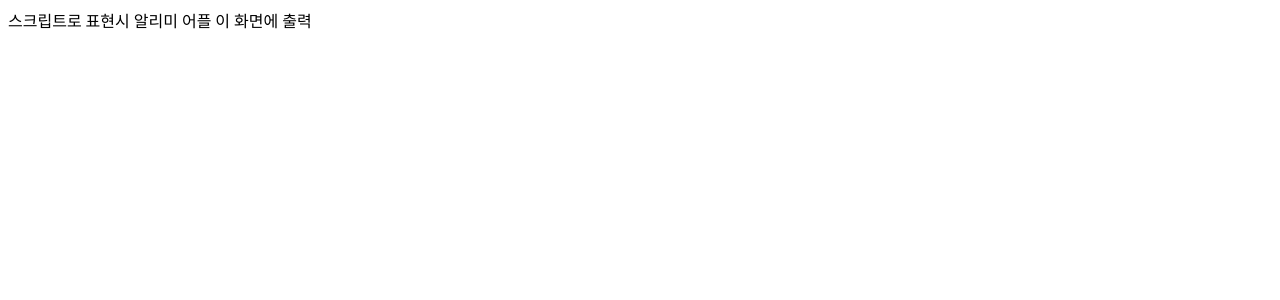
Repository: kdw1437/CreateBoardProject
Page: http://localhost/JSP2/OutTest.jsp
An editor plug-in stored every save of this project. The page is shown before and after the next save, followed by the edit.
The browser window is 1280 px wide. The pictures show the whole page.
The page is served by Tomcat 9.

Above is the page before, as saved 2024-08-05 14:50:53.

### JSP2/src/main/webapp/OutTest.jsp
<%@ page language="java" contentType="text/html; charset=EUC-KR"
    pageEncoding="EUC-KR"%>
<!DOCTYPE html>
<html>
<head>
<meta charset="EUC-KR">
<title>Insert title here</title>
</head>
<body>

<%
	String name = "알리미 어플";
%>

	스크립트로 표현시 <%=name %> 이 화면에 출력

	<p>


</body>
</html>

After the next save:
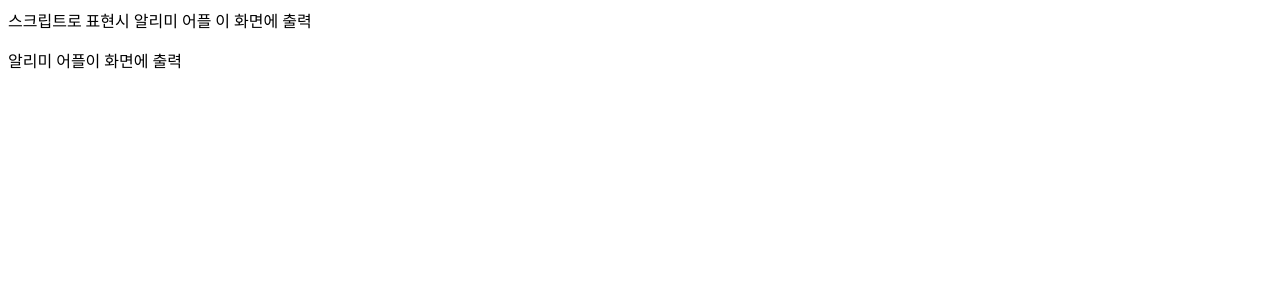
Saved 46 s later.
--- a/JSP2/src/main/webapp/OutTest.jsp
+++ b/JSP2/src/main/webapp/OutTest.jsp
@@ -16,6 +16,8 @@
 
 	<p>
 
-
+<%
+	out.println(name + "이 화면에 출력");
+%>
 </body>
 </html>
